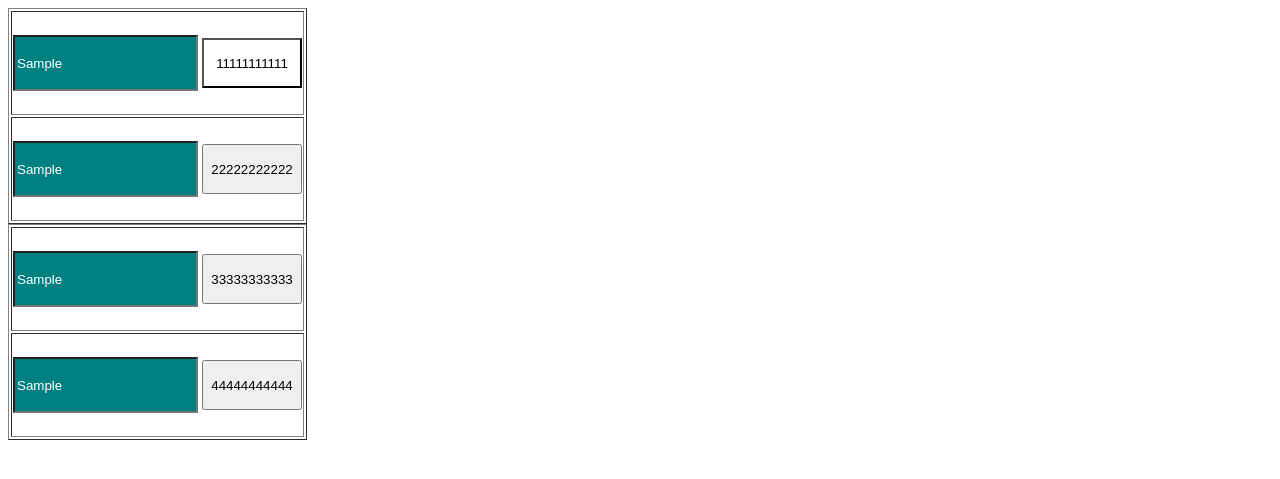
Repository: AgentHyun/FishDalle3
Page: Feb14_1_jQuery/WebContent/2_DOM_Select.html
An editor plug-in stored every save of this project. The page is shown before and after the next save, followed by the edit.
The browser window is 1280 px wide. The pictures show the whole page.
Empty fields were first filled with sample values (such as "Sample", 5 or name@example.com).
After loading, the first visible `button` was clicked once.

Above is the page before, as saved 2025-02-14 02:26:34.

### Feb14_1_jQuery/WebContent/2_DOM_Select.html
<!DOCTYPE html>
<html>
<head>
<meta charset="UTF-8">

<style type = "text/css">
td {height : 100px;}
input {height : 50px;
       background-color : teal;
       color : white;}
button {width : 100px; height : 50px;}



</style>
<title>Insert title here</title>
<script type = "text/javascript" src = "jQuery.js"></script>
<script type = "text/javascript">
$(function(){

   //선택자를 지정하지 않았을 때 특정 DOM객체를
   //어떻게 찾아낼 것인가
   $("button").click(function(){

           // $(this) : 클릭이벤트의 발생함수를 호출한 장본인
           //    누른 버튼만 해당하는 명령을 실행하도록!
           $(this).css("background-color", "white");


           //누른 버튼이 있는 td에 배경색을 주기
           $(this.td).css("background-color", "pink");
   });


});




</script>

</head>
<body>

<table border= "1">
<tr><td><input> <button>11111111111</button></td></tr>
<tr><td><input> <button>22222222222</button></td></tr>


</table>
<table border= "1">
<tr><td><input> <button>33333333333</button></td></tr>
<tr><td><input> <button>44444444444</button></td></tr>


</table>




</body>
</html>

Loaded but not shown: Feb14_1_jQuery/WebContent/jQuery.js (library)

After the next save:
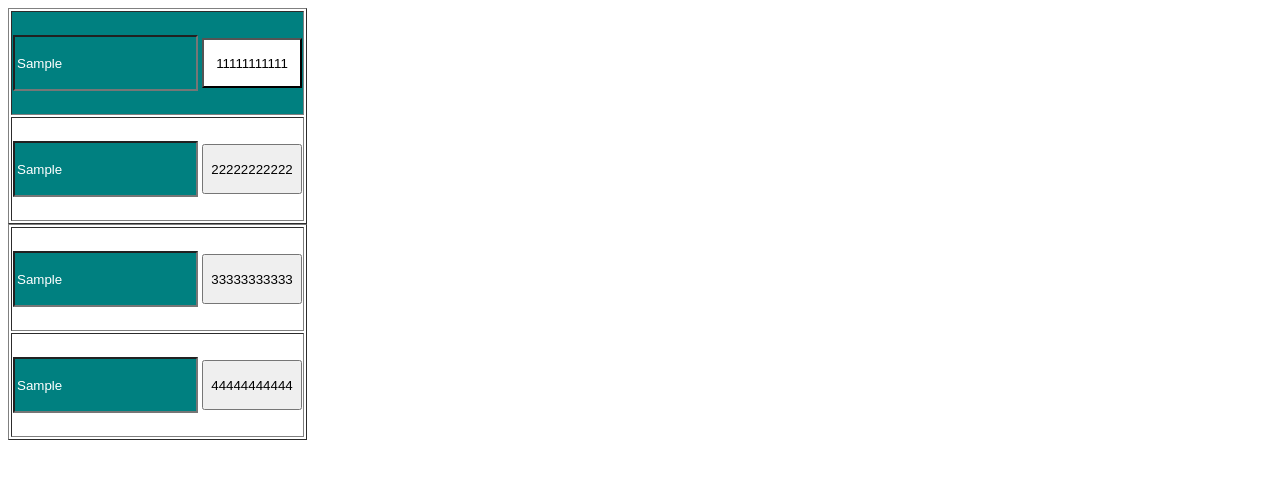
Saved 3 min 1 s later.
--- a/Feb14_1_jQuery/WebContent/2_DOM_Select.html
+++ b/Feb14_1_jQuery/WebContent/2_DOM_Select.html
@@ -28,7 +28,9 @@ $(function(){
 
 
            //누른 버튼이 있는 td에 배경색을 주기
-           $(this.td).css("background-color", "pink");
+           //parent() : 내가 누른 this의 한단계 상위 DOM객체
+           // cf) 한단계 하위 객체 : children()
+           $(this).parent().css("background-color", "teal");
    });
 
 
